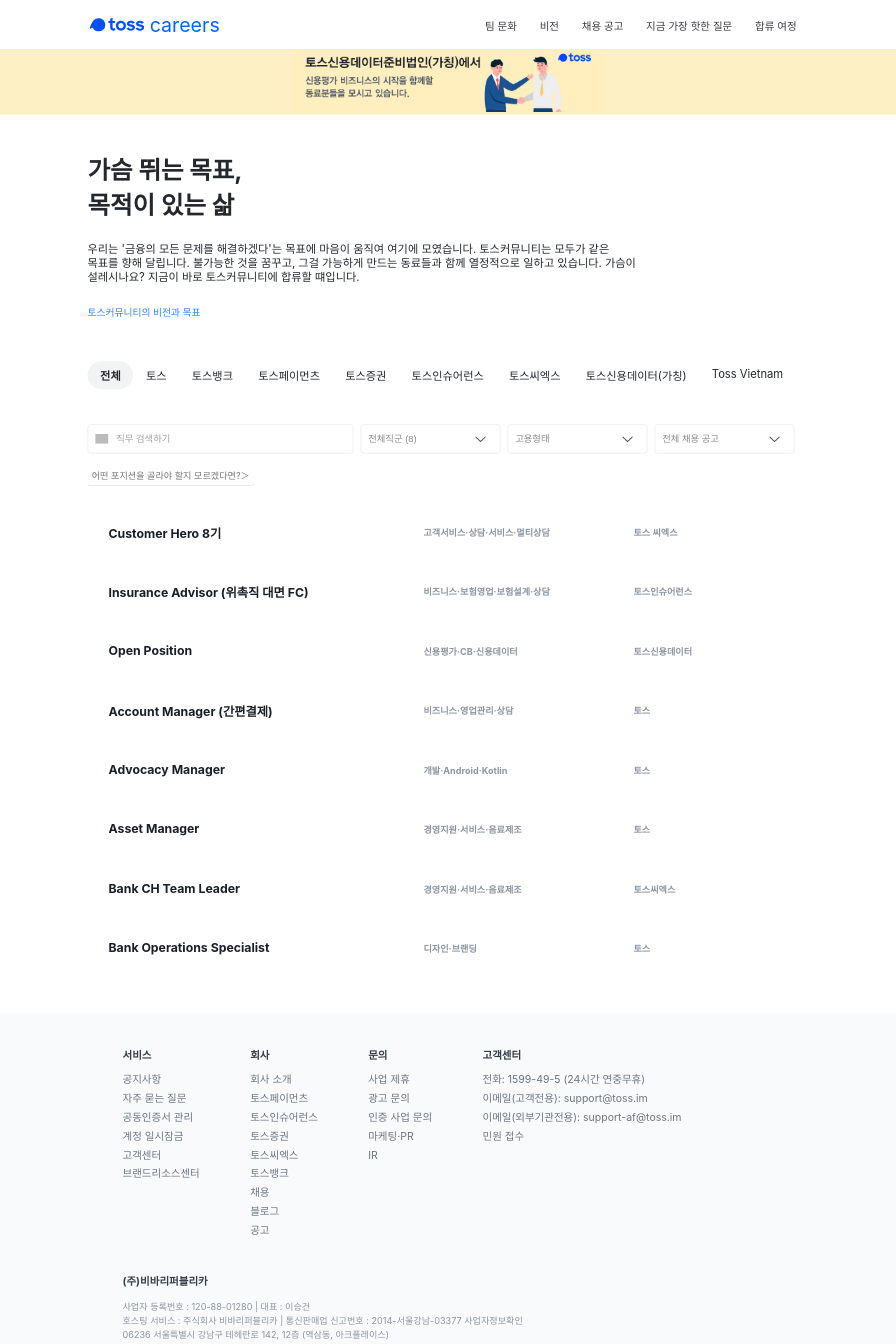
Repository: Tossproject/tossProject
Page: common/career_job.html
The author's editor kept a copy of each file at every save. The page is drawn from the files as they stood at one save, then again after the next save.
The browser window is 1280 px wide. The pictures show the part of the page from y = 0 to 1920 px (the page is 2467 px tall before and 2749 px after), at 70% of full size.
Pictures or frames that could not be fetched are drawn as grey boxes. A picture or video elsewhere on the page could not be fetched, so the positions and the page height are approximate.

Above is the page before, as saved 2022-01-19 00:01:02.

After the next save:
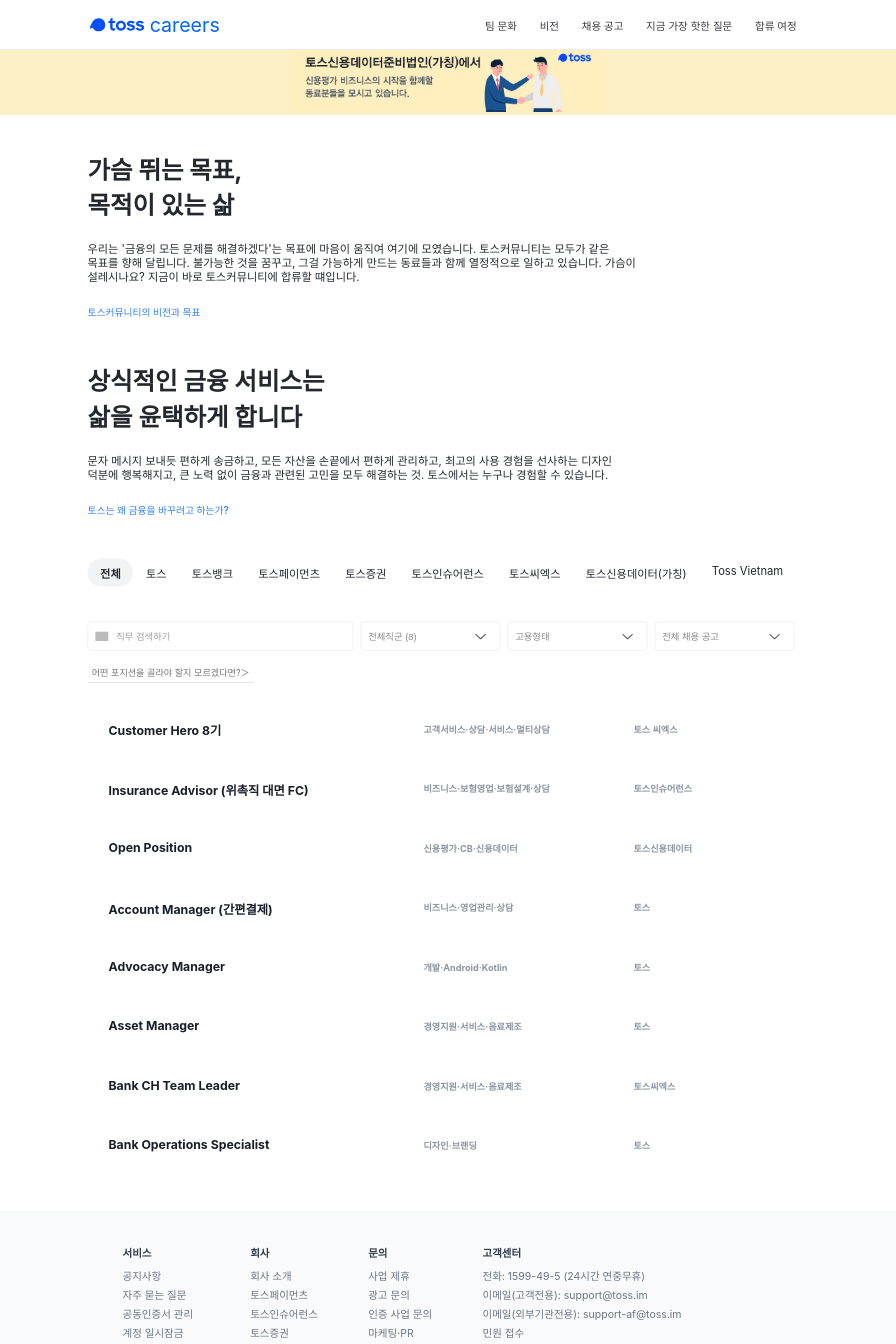
Saved 4 min 40 s later.
--- a/common/career_job.html
+++ b/common/career_job.html
@@ -50,13 +50,21 @@
         <section>
             <div class="goal-box">
                 <div class="goal-center">
-                    <div class="goal-text">
+                    <div class="goal-text goal-acitve">
                         <h1>가슴 뛰는 목표,<br>
                         목적이 있는 삶</h1>
                         <p>우리는 '금융의 모든 문제를 해결하겠다'는 목표에 마음이 움직여 여기에 모였습니다. 토스커뮤니티는 모두가 같은<br>
                         목표를 향해 달립니다. 불가능한 것을 꿈꾸고, 그걸 가능하게 만드는 동료들과 함께 열정적으로 일하고 있습니다. 가슴이<br>
                         설레시나요? 지금이 바로 토스커뮤니티에 합류할 떄입니다.</p>
                         <a href="#">토스커뮤니티의 비전과 목표</a>
+
+                    </div>
+                    <div class="goal-text goal-invisible">
+                        <h1>상식적인 금융 서비스는<br>
+                        삶을 윤택하게 합니다</h1>
+                        <p>문자 메시지 보내듯 편하게 송금하고, 모든 자산을 손끝에서 편하게 관리하고, 최고의 사용 경험을 선사하는 디자인<br>
+                        덕분에 행복해지고, 큰 노력 없이 금융과 관련된 고민을 모두 해결하는 것. 토스에서는 누구나 경험할 수 있습니다.</p>
+                        <a href="#">토스는 왜 금융을 바꾸려고 하는가?</a>
 
                     </div>
                     <div class="list">

After the save that followed:
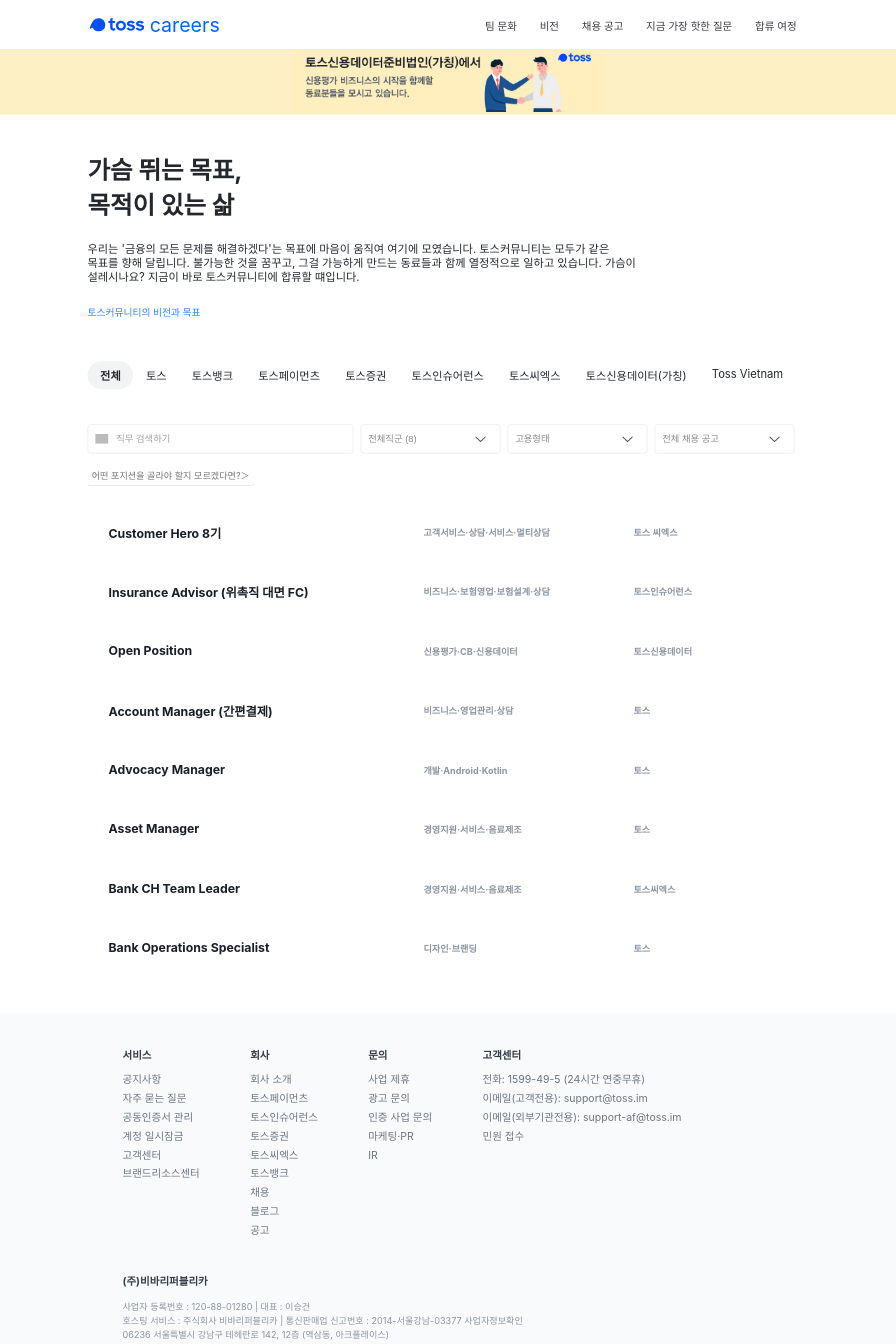
Saved 40 s later.
--- a/css/career_job.css
+++ b/css/career_job.css
@@ -58,6 +58,9 @@
 }
 .goal-text a:hover {
   color: rgb(40, 40, 199);
+}
+.goal-invisible {
+  display: none;
 }
 .list ul {
   display: flex;
